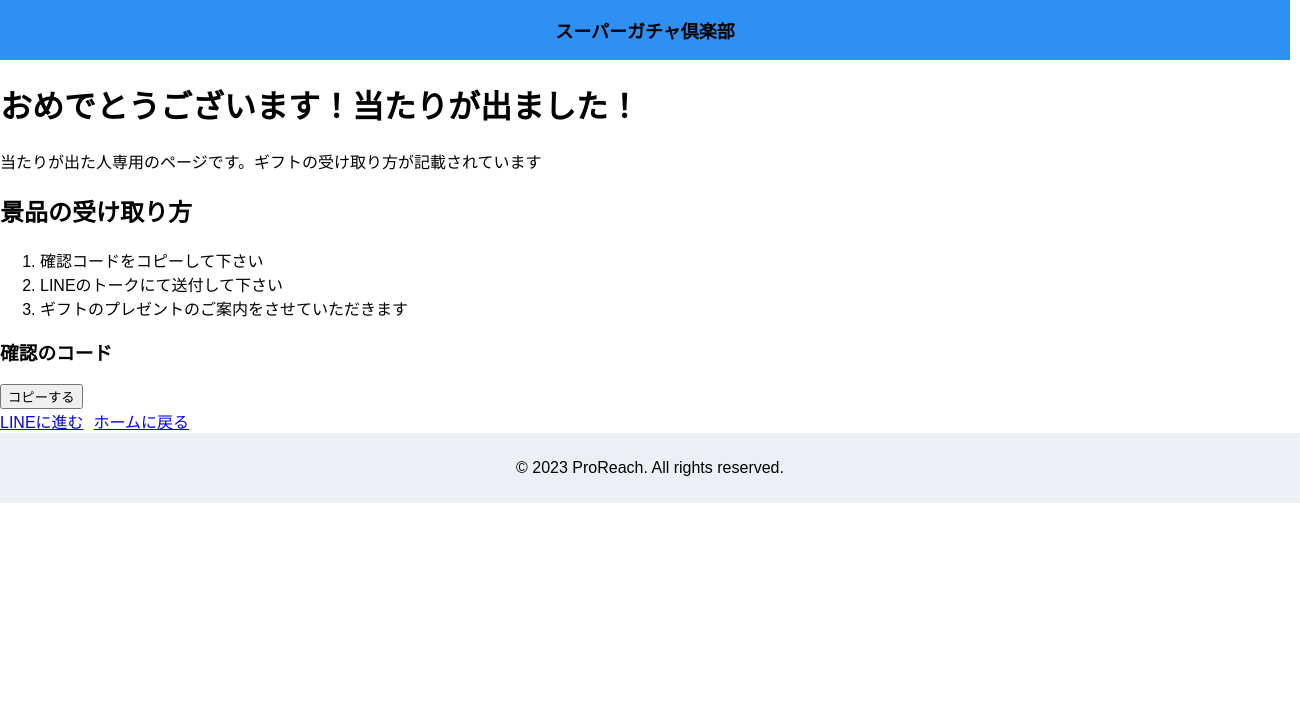
Repository: kskw0000/gggacha
Page: /winner (app in fronted/)
An editor plug-in stored every save of this project. The page is shown before and after the next save, followed by the edit.
The browser window is 1280 px wide. The page is 1300 px wide, so the pictures cover 1300 px, including what lies to the right of the window. The pictures show the whole page.
The project was rebuilt for these pictures with package versions that can differ from the ones it lists, and the page was loaded fresh each time. Also part of the build but not shown: fronted/src/components/css/GachaMachine.css, fronted/src/components/pages/GachaMachine.js, fronted/src/components/pages/Gacha.js.

Above is the page before, as saved 2023-07-01 08:49:37.

After the next save:
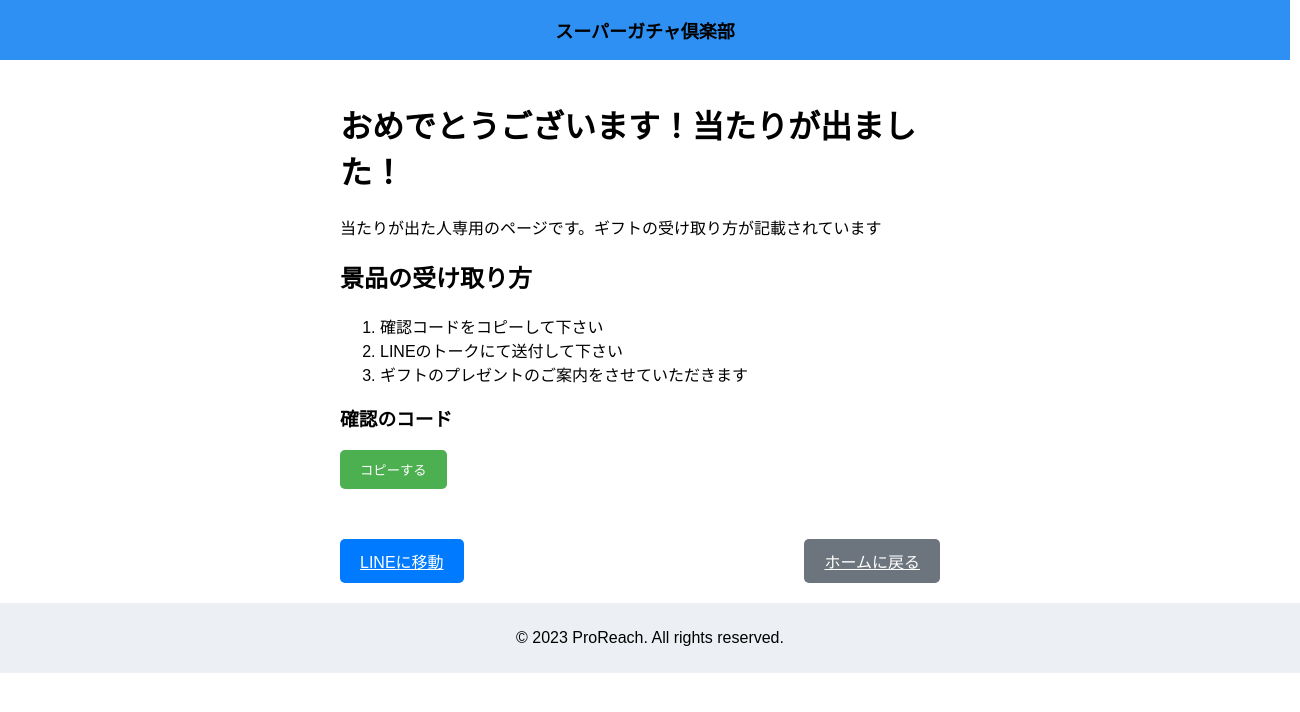
Saved 5 min 59 s later.
--- a/fronted/src/components/pages/WinnerPage.js
+++ b/fronted/src/components/pages/WinnerPage.js
@@ -1,10 +1,12 @@
 import React, { useState, useEffect } from 'react';
-import { Link } from 'react-router-dom';  // Add this line if not already present in your file
+import { Link } from 'react-router-dom';
+import './WinnerPage.css';
 
 const WinnerPage = () => {
   const [winCode, setWinCode] = useState('');
 
   useEffect(() => {
+    // Get the win code from local storage
     const savedCode = localStorage.getItem('winCode');
     if (savedCode) {
       setWinCode(savedCode);
@@ -14,14 +16,14 @@ const WinnerPage = () => {
   const handleCopyCode = async () => {
     try {
       await navigator.clipboard.writeText(winCode);
-      alert('Code copied to clipboard!');
+      alert('コードがクリップボードにコピーされました！');
     } catch (err) {
-      console.error('Failed to copy text: ', err);
+      console.error('テキストのコピーに失敗しました: ', err);
     }
   };
 
   return (
-    <div>
+    <div className="container">
       <h1>おめでとうございます！当たりが出ました！</h1>
       <p>当たりが出た人専用のページです。ギフトの受け取り方が記載されています</p>
 
@@ -35,19 +37,12 @@ const WinnerPage = () => {
       <div>
         <h3>確認のコード</h3>
         <p>{winCode}</p>
-        <button onClick={handleCopyCode}>コピーする</button>
+        <button className="button copy" onClick={handleCopyCode}>コピーする</button>
       </div>
 
-      <div>
-        {/* LINEへのリンクボタン */}
-        <a href="https://lin.ee/jNGfEaS" target="_blank" rel="noreferrer" className="btn btn-primary" style={{marginRight: '10px'}}>
-          LINEに進む
-        </a>
-
-        {/* ホームに戻るボタン */}
-        <Link to="/" className="btn btn-secondary">
-          ホームに戻る
-        </Link>
+      <div className="button-container">
+        <a href="https://lin.ee/jNGfEaS" className="button line" target="_blank" rel="noopener noreferrer">LINEに移動</a>
+        <Link to="/" className="button home">ホームに戻る</Link>
       </div>
     </div>
   );
